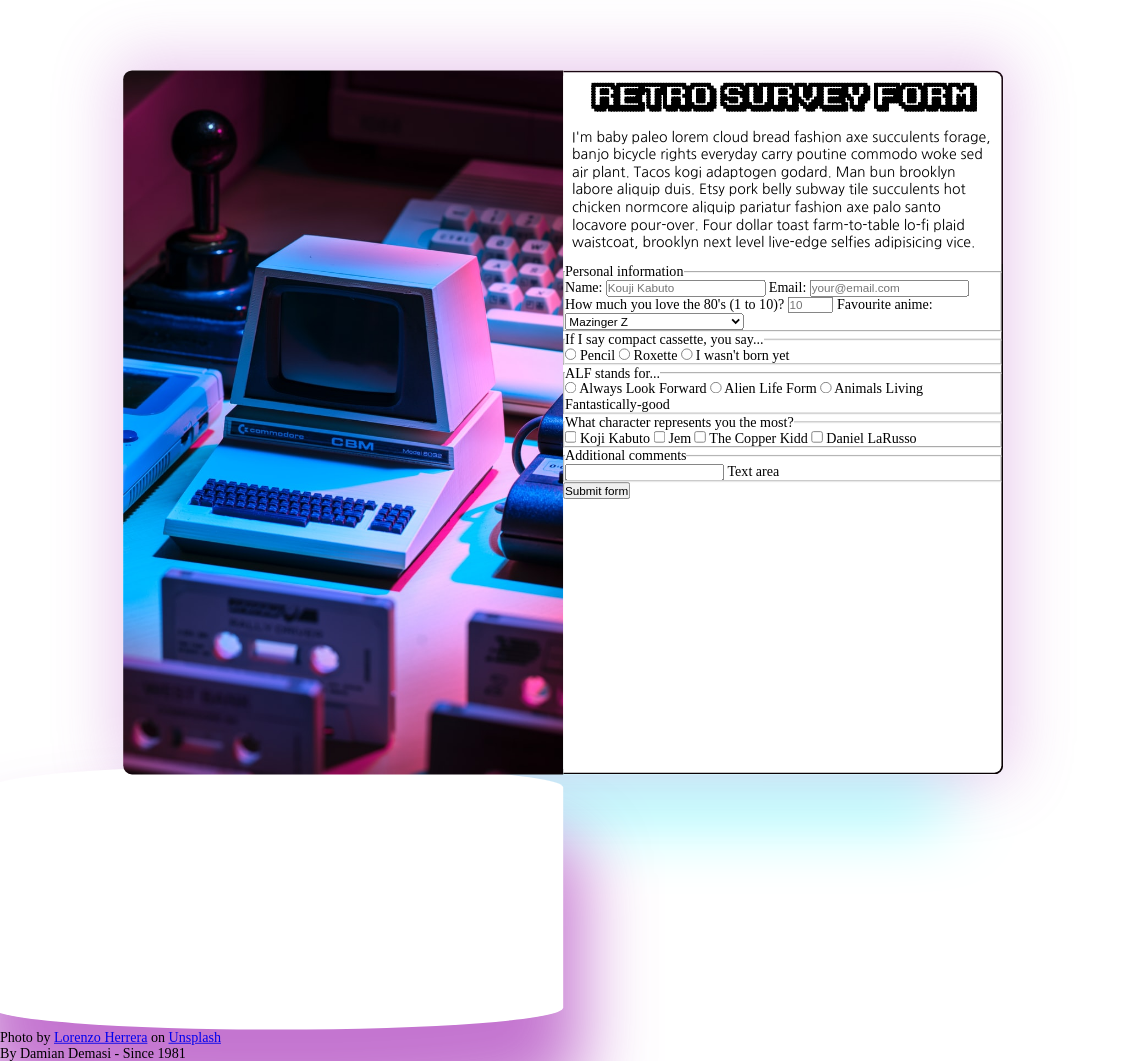
Repository: Colo-Codes/freecodecamp-02-Build-a-Survey-Form
Page: index.html
These files come from the project's save history. The page is drawn as it stood at one moment and after the next save; the edit follows.
The browser window is 1280 px wide. The pictures show the whole page, at 88% of full size.

Above is the page before, as saved 2021-05-18 17:28:15.

After the next save:
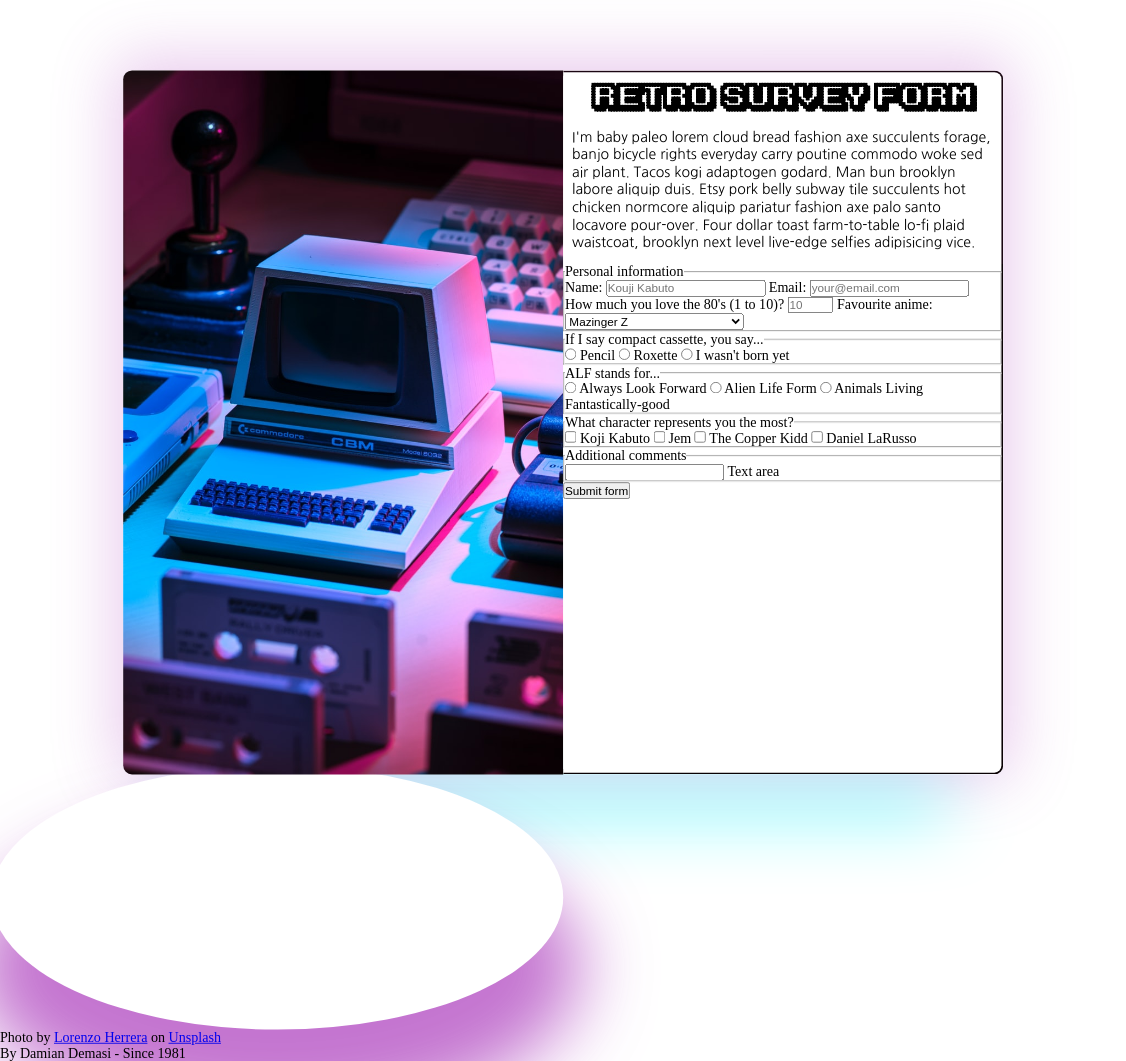
Saved 5 s later.
--- a/resources/css/index.css
+++ b/resources/css/index.css
@@ -84,5 +84,5 @@ header p {
     background: white;
     -moz-border-radius: 100px / 50px;
     -webkit-border-radius: 100px / 50px;
-    border-radius: 650px / 50px;
+    border-radius: 650px / 300px;
 }
